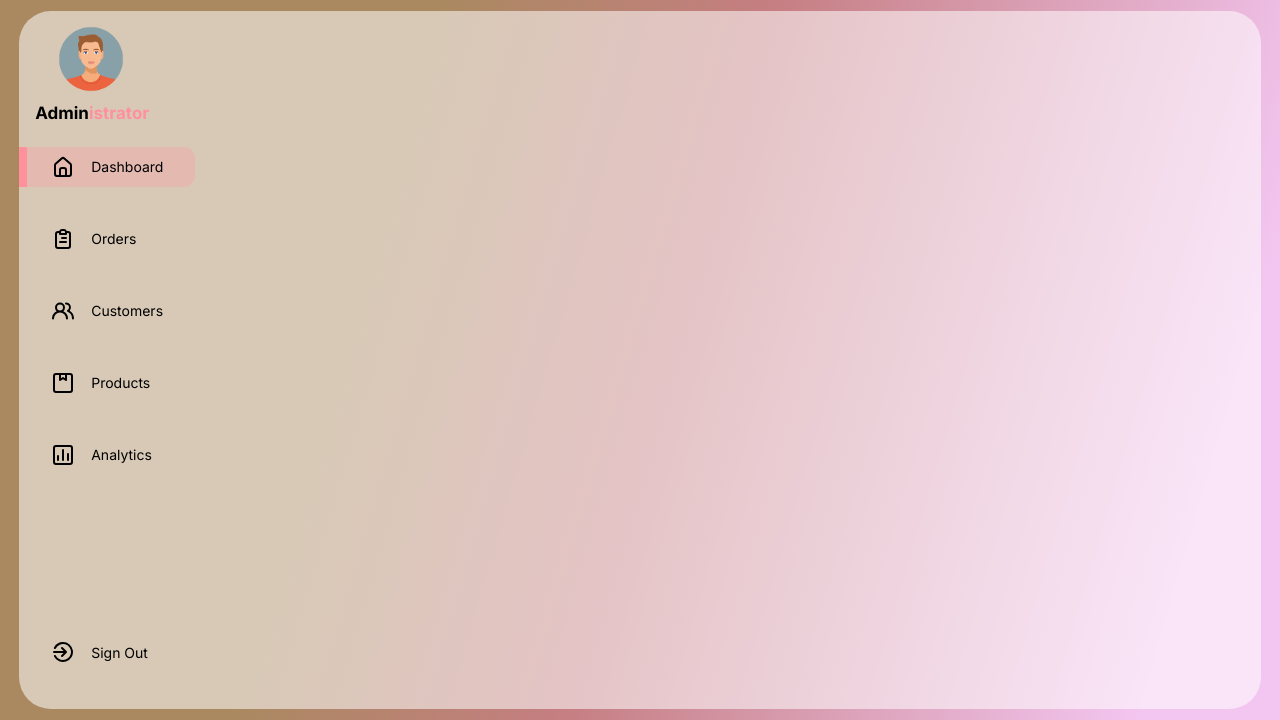
Repository: Zeeohn/react-admin-dash1
Page: /
An editor plug-in stored every save of this project. The page is shown before and after the next save, followed by the edit.
The browser window is 1280 px wide. The pictures show the whole page.
The project was rebuilt for these pictures with package versions that can differ from the ones it lists, and the page was loaded fresh each time. Also part of the build but not shown: src/components/MainDash/MainDash.css.

Above is the page before, as saved 2022-05-20 13:29:51.

After the next save:
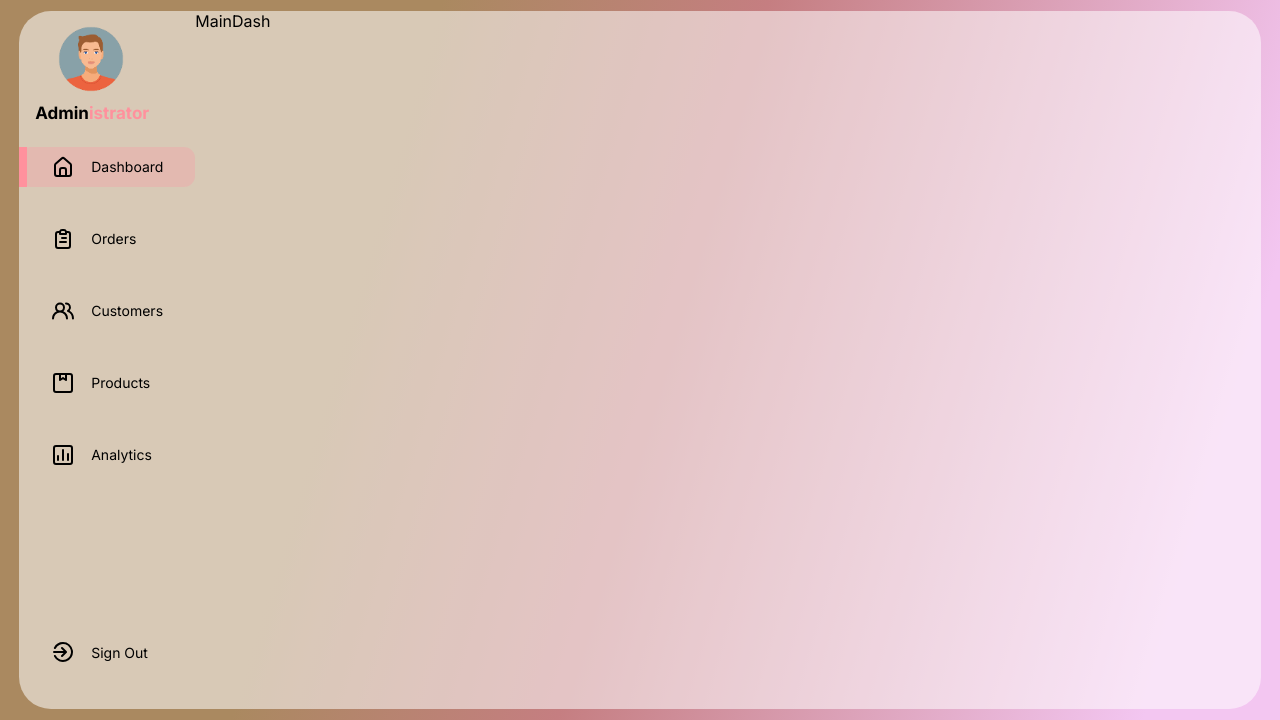
Saved 3 min 53 s later.
--- a/src/App.js
+++ b/src/App.js
@@ -1,12 +1,13 @@
 import "./App.css";
 import Sidebar from "./components/sidebar/Sidebar.jsx";
+import MainDash from "./components/MainDash/MainDash.jsx";
 
 function App() {
   return (
     <div className="App">
       <div className="AppGlass">
         <Sidebar />
-        <div></div>
+        <MainDash />
         <div></div>
       </div>
     </div>
